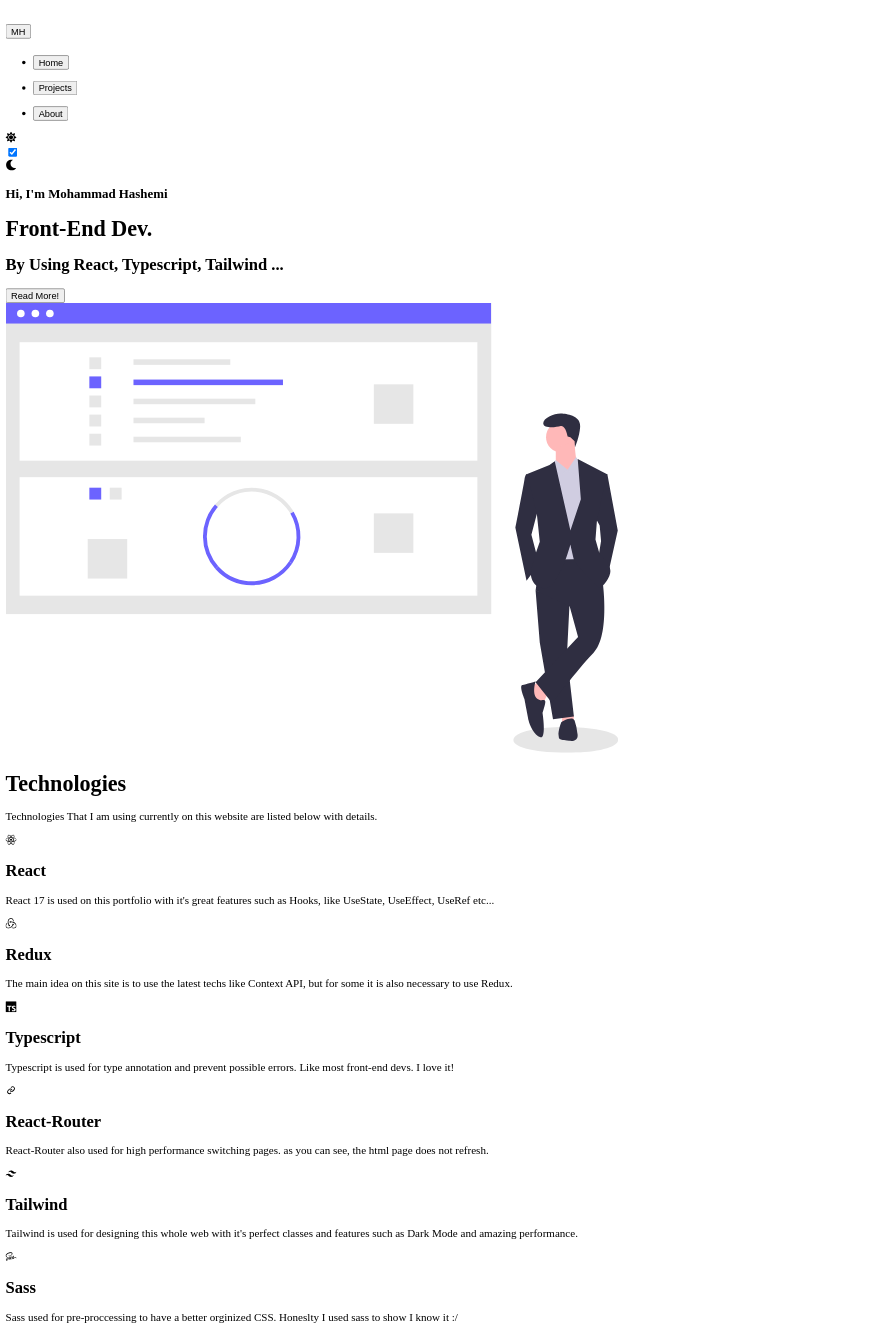
Repository: SMohammadH/react-typescript-tailwind
Page: /
The author's editor kept a copy of each file at every save. The page is drawn from the files as they stood at one save, then again after the next save.
The browser window is 1280 px wide. The pictures show the whole page, at 69% of full size.
The project was rebuilt for these pictures with package versions that can differ from the ones it lists, and the page was loaded fresh each time. Also part of the build but not shown: craco.config.js.

Above is the page before, as saved 2021-02-04 07:29:27.

After the next save:
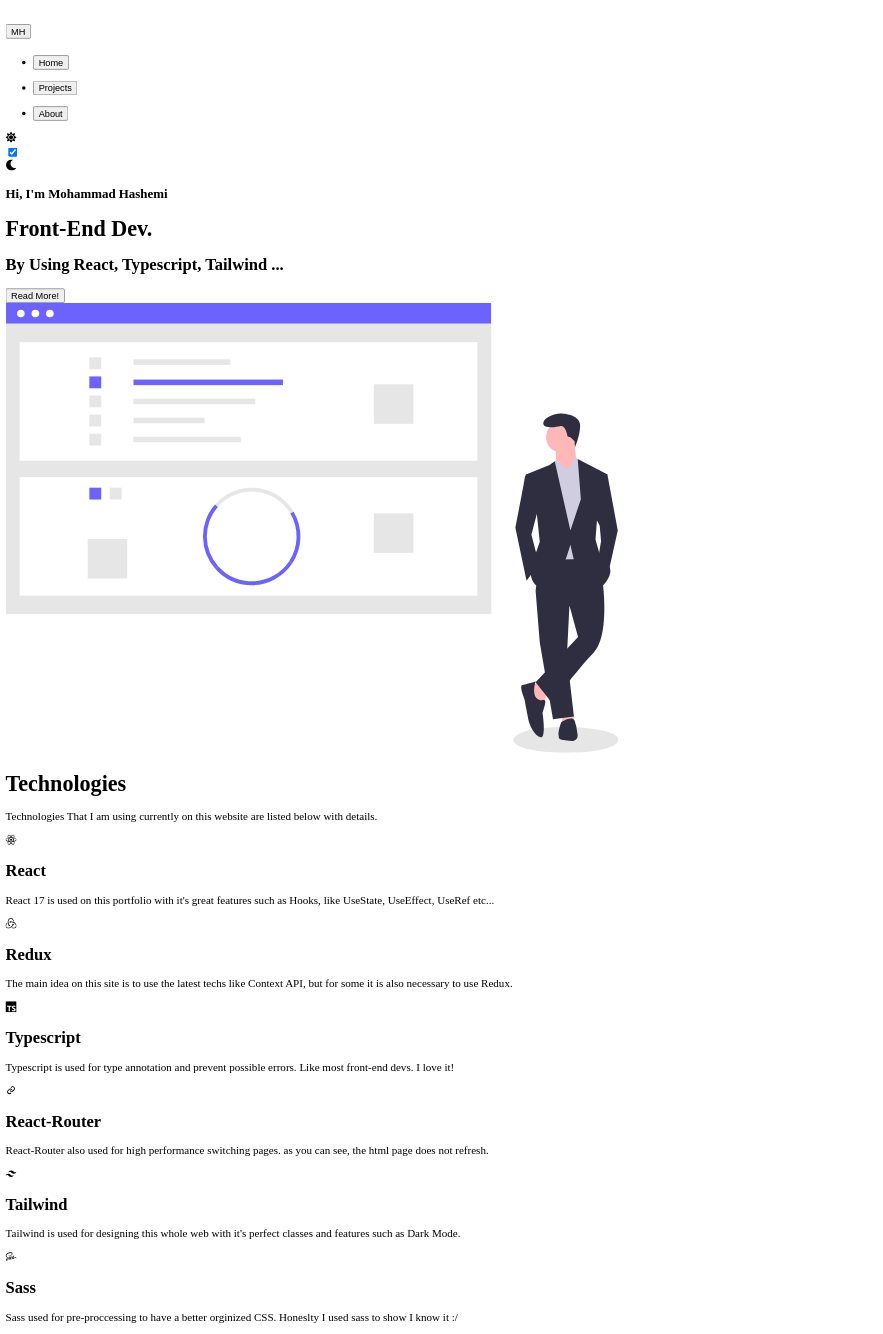
Saved 12 s later.
--- a/src/components/SecondSection.tsx
+++ b/src/components/SecondSection.tsx
@@ -20,7 +20,7 @@
       'React-Router also used for high performance switching pages. as you can see, the html page does not refresh.',
   },
   {
-    tailwind: `Tailwind is used for designing this whole web with it's perfect classes and features such as Dark Mode and amazing performance.`,
+    tailwind: `Tailwind is used for designing this whole web with it's perfect classes and features such as Dark Mode.`,
   },
   {
     sass:
